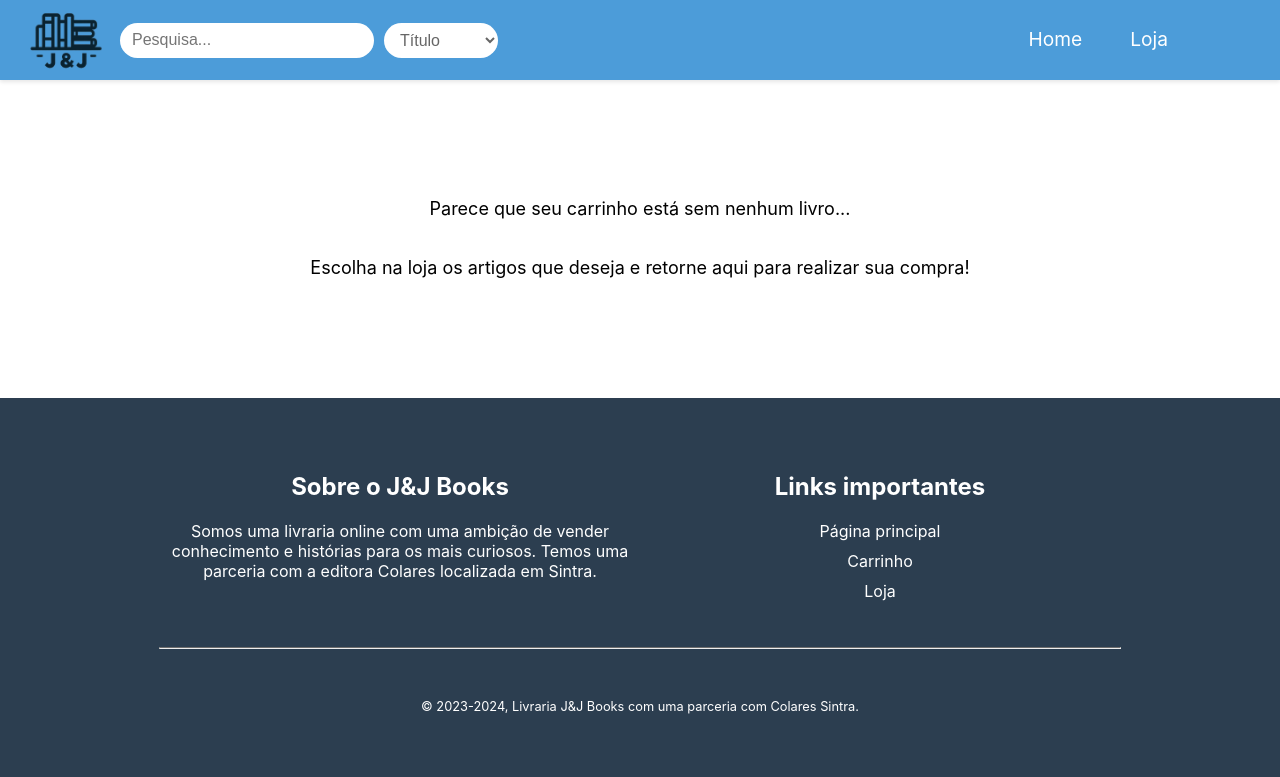
Repository: JoaoVitorFigueiredo/colareseditora
Page: /cart
An editor plug-in stored every save of this project. The page is shown before and after the next save, followed by the edit.
The browser window is 1280 px wide. The pictures show the whole page.
Some icons come from a web library that is not loaded, so they are not drawn. The project was rebuilt for these pictures with package versions that can differ from the ones it lists, and the page was loaded fresh each time. Also part of the build but not shown: src/Components/book-thumbnail.css, src/Components/book-thumbnail.js, src/Components/filter/filter.css, src/Components/filter/filter.js, src/Components/pageNav/pageNav.css, src/Components/pageNav/pageNav.js, src/Pages/shop/shop.css, src/Pages/shop/shop.js and 7 more.

Above is the page before, as saved 2024-04-18 18:34:36.

After the next save:
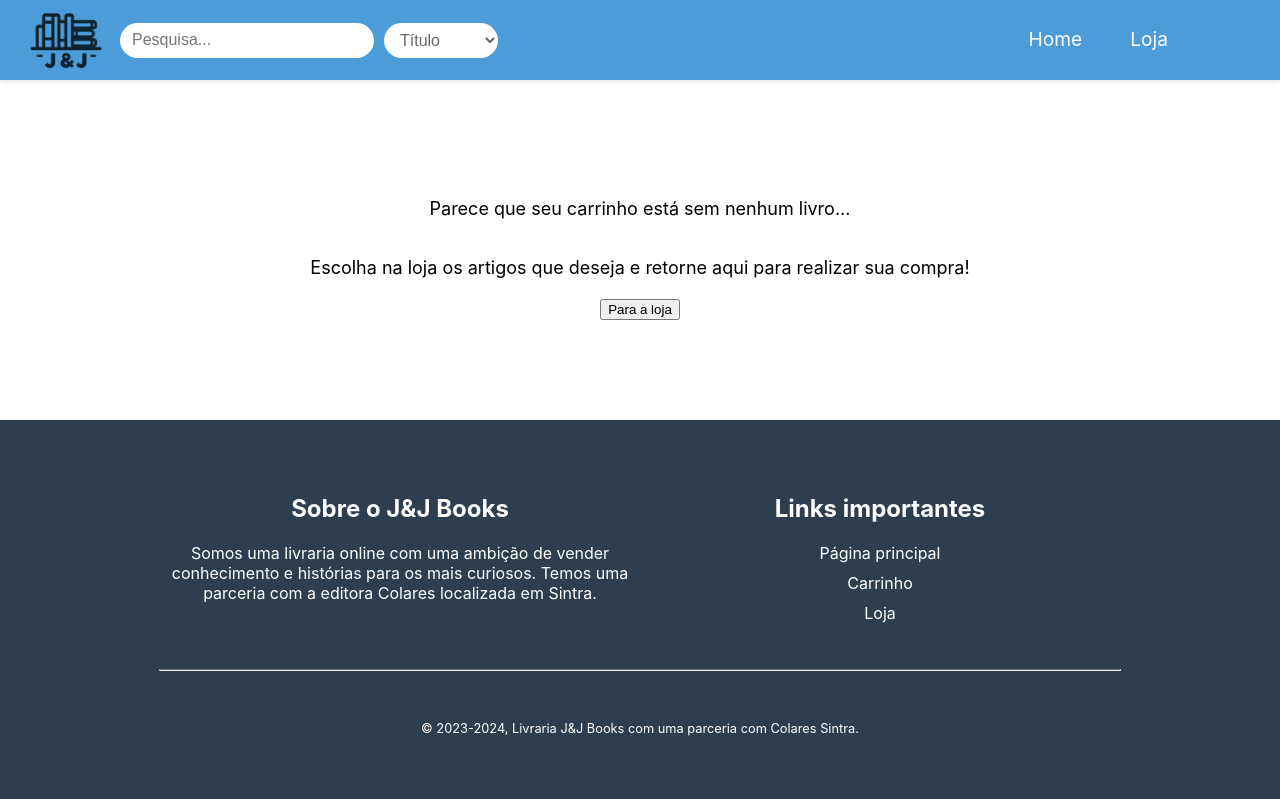
Saved 9 s later.
--- a/src/Pages/cart/cart.js
+++ b/src/Pages/cart/cart.js
@@ -2,20 +2,11 @@ import React, {useContext} from "react";
 import {CartContext} from "../../App"
 import {Link} from "react-router-dom";
 import NoImage from "../../assets/book-noimage.png";
-import {addBookUtil, removeBookUtil, subtractBookUtil} from "../../CartUtils";
+import {addBookUtil, removeBookUtil, subtractBookUtil, clearCartUtil} from "../../Utils/CartUtils";
 import "./cart.css";
 
 export const Cart = () =>{
     function BookInCart({book}){
-        function addBook() {
-            addBookUtil(cartContext,book)
-        }
-        function subtractBook(){
-            subtractBookUtil(cartContext,book)
-        }
-        function removeBook(){
-            removeBookUtil(cartContext,book)
-        }
 
         return (
             <div className="book-item">
@@ -25,22 +16,23 @@ export const Cart = () =>{
                     </Link>
                 ) : (
                     <div className="thumbnail-placeholder">
-                        <img className="thumbnail-image" src={NoImage} alt={book.title} />
+                        <Link to={`/book/${book.id}`}><img className="thumbnail-image" src={NoImage} alt={book.title} /></Link>
                     </div>
                 )}
 
                 <div className="book-details">
                     <p className="book-title">{book.title}</p>
+                    <p>{(book.price*book.quantity).toFixed(2)}€</p>
                     <div className="quantity-buttons">
-                        <button onClick={subtractBook}>-</button>
+                        <button onClick={() => subtractBookUtil(cartContext,book)}>-</button>
                         <p>{book.quantity}</p>
-                        <button onClick={addBook}>+</button>
-                        <button className="remove-button" onClick={removeBook}>Remover</button>
+                        <button onClick={() => addBookUtil(cartContext, book)}>+</button>
+                        <button className="remove-button" onClick={() => removeBookUtil(cartContext,book)}>Remover</button>
                     </div>
                 </div>
             </div>
         );
-    };
+    }
     const cartContext = useContext(CartContext)
     const {cart} = cartContext
 
@@ -55,6 +47,7 @@ export const Cart = () =>{
                     <p>Quantidade de itens: {cart.volume}</p>
                     <button className="checkout-button">Check-out</button>
                 </div>
+                <div><button onClick={() => clearCartUtil(cartContext)}>Clear cart</button></div>
             </div>
         );
     } else {
@@ -62,7 +55,8 @@ export const Cart = () =>{
             <div className="empty-cart">
                 <p>Parece que seu carrinho está sem nenhum livro...</p>
                 <p>Escolha na loja os artigos que deseja e retorne aqui para realizar sua compra!</p>
-                <Link to="/shop"><i class="fa-duotone fa-books"></i></Link>
+                <Link to="/shop?selectedOption=-score&filterOption=authors&filterString=&page=1"><button>Para a loja</button></Link>
+
             </div>
         );
     }
